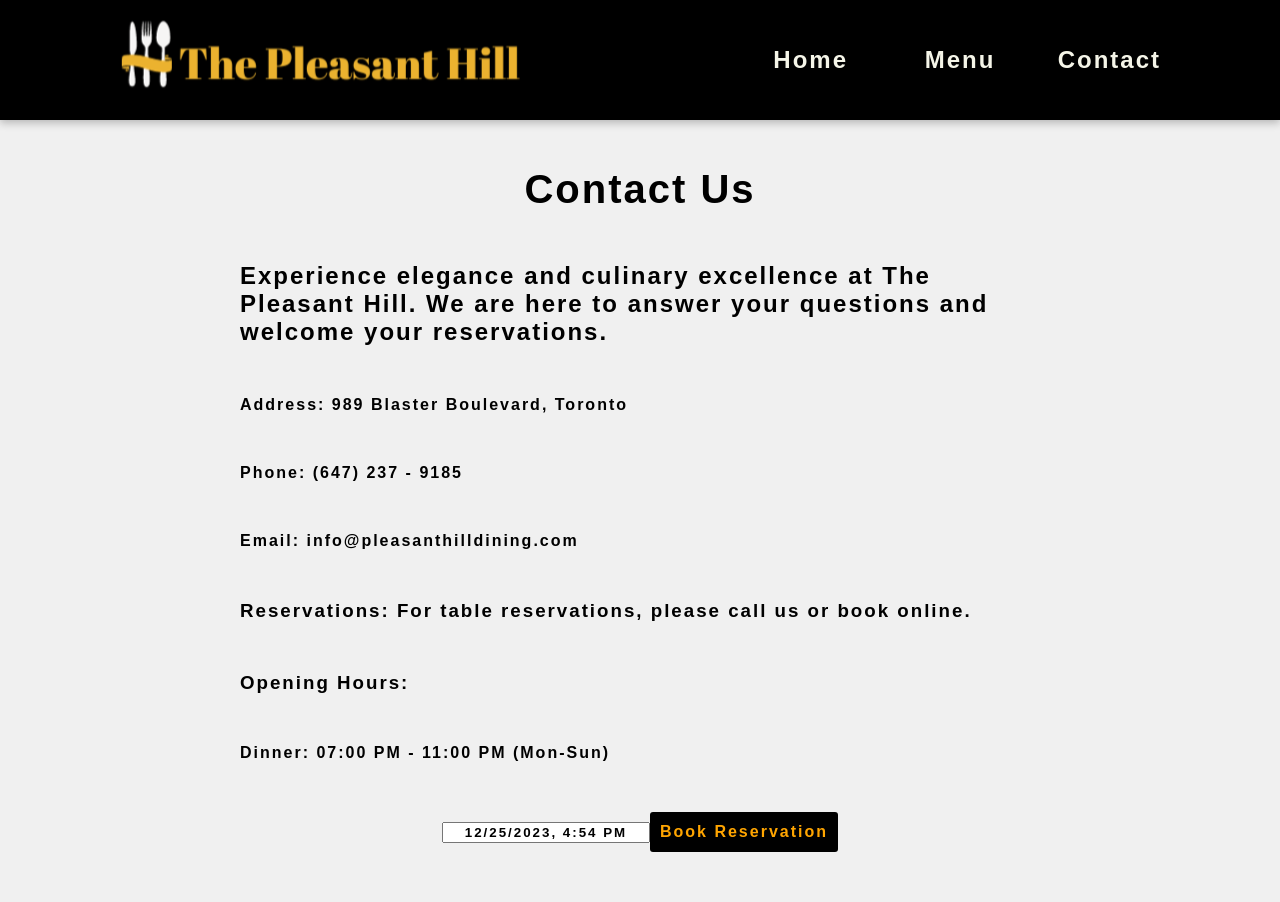
Repository: shayanabedi98/pleasant-hill-restaurant
Page: /, after clicking the first element matching `ul > :nth-child(3)`
The author's editor kept a copy of each file at every save. The page is drawn from the files as they stood at one save, then again after the next save.
The browser window is 1280 px wide. The pictures show the part of the page from y = 0 to 902 px (the page is 1302 px tall).
Pictures or frames that could not be fetched are drawn as grey boxes. Some web fonts or font styles are not loaded; a fallback is used. The project was rebuilt for these pictures with package versions that can differ from the ones it lists, and the page was loaded fresh each time. Also part of the build but not shown: vite.config.js, src/components/MenuList.jsx, src/components/Appetizers.jsx, src/components/Entrees.jsx, src/components/Desserts.jsx, src/components/Drinks.jsx, src/components/Menu.jsx, src/index.css.

Above is the page before, as saved 2024-01-08 16:44:11.

### index.html
<!doctype html>
<html lang="en">
  <head>
    <meta charset="UTF-8" />
    <link rel="icon" type="image/svg+xml" href="/vite.svg" />
    <meta name="viewport" content="width=device-width, initial-scale=1.0" />
    <link rel="preconnect" href="https://fonts.googleapis.com">
    <link rel="preconnect" href="https://fonts.gstatic.com" crossorigin>
    <link href="https://fonts.googleapis.com/css2?family=Italiana&display=swap" rel="stylesheet">
    <title></title>
  </head>
  <body>
    <div id="root"></div>
    <script type="module" src="/src/main.jsx"></script>
  </body>
</html>

### src/App.jsx
import { useState } from "react";
import Contact from "./components/Contact";
import Home from "./components/Home";
import Menu from "./components/Menu";
import Navbar from "./components/Navbar";
import "./App.css";

function App() {
  const [activeDiv, setActiveDiv] = useState({
    home: true,
    menu: false,
    contact: false,
  });

  const renderDiv = (clickedItem) => {
    setActiveDiv({
      home: clickedItem === 'home',
      menu: clickedItem === 'menu',
      contact: clickedItem === 'contact'
    })
  }

  return (
    <>
      <Navbar onClick={renderDiv} />
      {activeDiv.home && <Home />}
      {activeDiv.menu && <Menu />}
      {activeDiv.contact && <Contact />}
    </>
  );
}

export default App;

### src/components/Contact.jsx
import React, { useState } from "react";
import DatePicker from "react-datepicker";
import "react-datepicker/dist/react-datepicker.css";

const Contact = () => {
  const [startDate, setStartDate] = useState(new Date());

  const startOfDay = new Date();
  startOfDay.setHours(19, 0, 0, 0);
  const endOfDay = new Date();
  endOfDay.setHours(23, 0, 0, 0);

  return (
    <div className="contact">
      <h1>Contact Us</h1>
      <h2>Experience elegance and culinary excellence at The Pleasant Hill. We are here to answer your questions and welcome your reservations.</h2>
      <p>Address: 989 Blaster Boulevard, Toronto</p>
      <p>Phone: (647) 237 - 9185</p>
      <p>Email: info@pleasanthilldining.com</p>
      <h3>Reservations: For table reservations, please call us or book online.</h3>
      <h3>Opening Hours:</h3>
      <p>Dinner: 07:00 PM - 11:00 PM (Mon-Sun)</p>
      <DatePicker
        selected={startDate}
        onChange={(date) => setStartDate(date)}
        minDate={startDate}
        minTime={startOfDay}
        maxTime={endOfDay}
        showTimeSelect
        dateFormat="Pp"
      />
      <button>Book Reservation</button>
      <div className="iframe-div">
        <iframe
          className="map"
          src="https://www.google.com/maps/embed?pb=!1m18!1m12!1m3!1d721.6078904512414!2d-79.3904640303319!3d43.65999366841537!2m3!1f0!2f0!3f0!3m2!1i1024!2i768!4f13.1!3m3!1m2!1s0x882b34b7cf806435%3A0x842c90518fb9fea1!2s109%20College%20St%2C%20Toronto%2C%20ON%20M5G%201L6!5e0!3m2!1sen!2sca!4v1703711320331!5m2!1sen!2sca"
          width="800"
          height="400"
          style={{ border: 0 }}
        ></iframe>
      </div>
    </div>
  );
};

export default Contact;

### src/components/Home.jsx
import React from 'react'
import aboutImg from '../assets/about.jpg'
import toronto from '../assets/toronto.jpg'
import '../assets/banner.jpg'

const Home = () => {
  return (
    <div className='home'>
      <div className='banner-content'>
        <h1>Dine in luxury at The Pleasant Hill</h1>
        <div className='banner-buttons'>
          <button>View Menu</button>
          <button>Book Reservation</button>
        </div>
      </div>
      <div className="about">
        <div className='about1'>
          <img src={aboutImg} alt="zoomed in picture of a dining table with utensils" />
          <h2>Indulge in the Epitome of Gastronomic Luxury at The Pleasant Hill, Toronto's premier dining establishment where every dish promises an adventure for the senses. Experience the pinnacle of culinary artistry in the heart of Ontario. Each dish is a masterpiece, composed of the finest locally-sourced ingredients and presented with the elegance worthy of royalty.</h2>
        </div>

        <div className="about2">
          <p>Nestled in the heart of Toronto, Ontario, The Pleasant Hill offers an oasis of culinary refinement in a world bustling with activity. This luxurious haven of gastronomy is not just a restaurant; it is a destination where the art of fine dining is celebrated, and every meal is an exquisite journey. With its opulent ambiance, The Pleasant Hill invites patrons to indulge in a symphony of flavors crafted by world-renowned chefs. Our sommelier-curated wine selection complements the epicurean delights, featuring rare vintages and sought-after labels from the most esteemed vineyards. At The Pleasant Hill, we believe that a meal should be a cherished moment, a time to savor the luxuries that life has to offer. We take pride in creating an unforgettable experience that begins with a warm welcome and lingers long after the last decadent dessert is enjoyed. Come, be our guest and immerse yourself in the pinnacle of Toronto's dining scene.</p>
          <img src={toronto} alt="Toronto skyline" />
        </div>
      </div>
    </div>
  )
}

export default Home

### src/components/Navbar.jsx
import React from "react";
import logo from "../assets/logo2.png";

const Navbar = ({ onClick }) => {
  return (
    <div className="navbar">
      <img src={logo} alt="" />
      <ul>
        <li onClick={() => onClick("home")}>Home</li>
        <li onClick={() => onClick("menu")}>Menu</li>
        <li onClick={() => onClick("contact")}>Contact</li>
      </ul>
    </div>
  );
};

export default Navbar;

### src/App.css
* {
  font-family: 'Italiana', sans-serif;
  font-weight: 600;
  letter-spacing: 2px;
}

body {
  padding: 0px;
  margin: 0px;
}

.navbar {
  background-color: black;
  display: grid;
  grid-template-columns: 1fr 1fr;
  place-items: center;
  align-content: center;
  height: 120px;
  box-shadow: rgba(0, 0, 0, 0.24) 0px 3px 8px;
  z-index: 2;
  position: fixed;
  width: 100%;
  top: 0;
}

.navbar ul li {
  list-style: none;
  font-size: 24px;
  text-align: center;
  color: rgb(245, 245, 232);
  background-color: black;
}

.navbar ul {
  display: grid;
  width: 70%;
  grid-template-columns: 1fr 1fr 1fr;
  padding: 0px;
  margin: 0px;

}

.navbar ul li:hover {
  cursor: pointer;
  background-color: #aa9c66;
}

.banner-content {
  background: url('./assets/banner.jpg');
  background-attachment: fixed;
  height: 980px;
  display: grid;
  place-items: center;
}

.banner-content h1 {
  position: relative;
  top: 200px;
  font-size: 70px;
  color: #ffffff;
}

.banner-buttons {
  position: relative;
  top: -150px;
  display: grid;
  grid-template-columns: 1fr 1fr;
  gap: 50px;
}

.banner-buttons button {
  width: 170px;
  height: 70px;
  font-size: 20px;
  border: none;
  background-color: #aa9c66;
  color: #ffffff;
  cursor: pointer;
  box-shadow: rgba(50, 50, 93, 0.25) 0px 13px 27px -5px, rgba(0, 0, 0, 0.3) 0px 8px 16px -8px;
}

.about {
  box-shadow: rgba(0, 0, 0, 0.1) 0px 4px 6px -1px, rgba(0, 0, 0, 0.06) 0px 2px 4px -1px;
  width: 1220px;
  margin: 70px auto;
  padding: 40px;
  text-align: start;
  background-color: #f0f0f0;
}

.about1, .about2 {
  display: grid;
  grid-template-columns: 1fr 1fr;
  place-items: center;
  width: 1200px;
  margin: 70px auto;
  padding: 25px;
  line-height: 35px;
}

.about img {
  height: 550px;
  width: 550px;
  object-fit: cover;
}

.menu {
  background-color: #f0f0f0;
  width: 1220px;
  padding: 40px;
  margin: 120px auto;
  box-shadow: rgba(0, 0, 0, 0.1) 0px 4px 6px -1px, rgba(0, 0, 0, 0.06) 0px 2px 4px -1px;
}

.card-container {
  display: grid;
  gap: 20px;
  grid-template-columns: repeat(3, 1fr);
  place-items: center;
  color: #aa9c66;
  width: 1200px;
  margin: auto;
}

.menu-imgs {
  width: 300px;
  margin: 30px 30px 30px 30px;
  border-radius: 5%;
}

.menu-desc {
  text-align: center;
  font-weight: 600;
  padding-left: 20px;
  padding-right: 20px
}

.menu-names {
  font-size: 25px;
  text-decoration: underline;
  color: rgb(158, 152, 96);
}

.card {
  width: 370px;
  min-height: 400px;
  cursor: pointer;
  box-shadow: 0 13px 27px -5px hsla(240, 30.1%, 28%, 0.25), 0 8px 16px -8px hsla(0, 0%, 0%, 0.3), 0 -6px 16px -6px hsla(0, 0%, 0%, 0.03);
  transition: all ease 200ms;
  display: grid;
  place-items: center;
  grid-template-rows: 1fr 0.3fr 0.3fr;
  background-color: black;
  border-radius: 1rem;
  overflow: hidden;

}

.card:hover {
  cursor: pointer;
  transform: scale(1.03);
  box-shadow: 0 13px 40px -5px hsla(240, 30.1%, 28%, 0.12), 0 8px 32px -8px hsla(0, 0%, 0%, 0.14), 0 -6px 32px -6px hsla(0, 0%, 0%, 0.02);
}


.menu-desc, .menu-names {
  background-color: black;
}

.menu h2 {
  text-align: center;
  font-size: 35px;
  margin: 60px 0 60px 0;

}

.menu h1 {
  text-align: center;
  font-size: 40px;
}

.menu-top-p {
  text-align: center;
  font-size: 23px;
  width: 1200px;
  margin: 70px auto;
}

.contact {
  background-color: #f0f0f0;
  width: 1200px;
  margin: 100px auto;
  height: 730px;
  padding: 40px;
  text-align: center;
}


.contact h1 {
  text-align: center;
  width: 1200px;
  font-size: 40px;
}

.contact p, .contact h2, .contact h3 {
  text-align: start;
  width: 800px;
  margin: 50px auto;
}


/* Style the calendar container */
.react-datepicker {
  border: none;
  border-radius: 10px;
  box-shadow: 0 4px 8px rgba(0, 0, 0, 0.1);

}

react-datepicker__input-container {
  margin: 0 auto;
}

.contact input {
  width: 200px;
  text-align: center;
  font-family: sans-serif;
}

/* Style the header */
.react-datepicker__header {
  background-color: #4a90e2;
  color: white;
}

/* Style the days of the week */
.react-datepicker__day-name {
  color: #333;
}

/* Style the date cells */
.react-datepicker__day, .react-datepicker__day-name {
  width: 2.5rem;
  line-height: 2.5rem;
  margin: 0.166rem;
  border-radius: 50%;
}

/* Style the selected date */
.react-datepicker__day--selected {
  background-color: #c2ab4f;
  color: white;
}

/* Style the hover effect on dates */
.react-datepicker__day:hover {
  background-color: #aa9c66;
}

.react-datepicker__time-container {
width: 120px;
}

.react-datepicker__time-box {
  width: 120px !important;
}

.contact button {
  height: 40px;
  cursor: pointer;
  border: none;
  background-color: black;
  color: orange;
  font-size: 16px;
  padding: 10px;
  border-radius: 3px;
}

.iframe-div {
  margin: 50px auto;
  display: flex;
  justify-content: center;
  align-items: center;
  height: 400px;
}



@media only screen and (max-width: 1300px) {
  .about {
    width: 100%;
    padding: 0;
  }

  .about1, .about2 {
    grid-template-rows: 1fr 1fr;
    grid-template-columns: none;

  }

  .about1 {
    margin: 0;
    padding-top: 50px;
  }

  .about1 img {
    width: 500px;
    height: 300px;
  }

  .about1 h2 {
    font-size: 20px;
    margin: 50px 40px 40px 40px;
    text-align: center;
  }

  .about2 img {
    order: -1;
    width: 600px;
    height: 400px;
  }

  .about2 p {
    text-align: center;
    font-size: 15px;
  }

  .banner-content {
    width: 100%;
  }

  .home {
    width: 100%;
  }

  .home h1 {
    font-size: 45px;
  }

  .banner-buttons button {
    width: 170px;
  }

}

Loaded but not shown: src/main.jsx (common file)

After the next save:
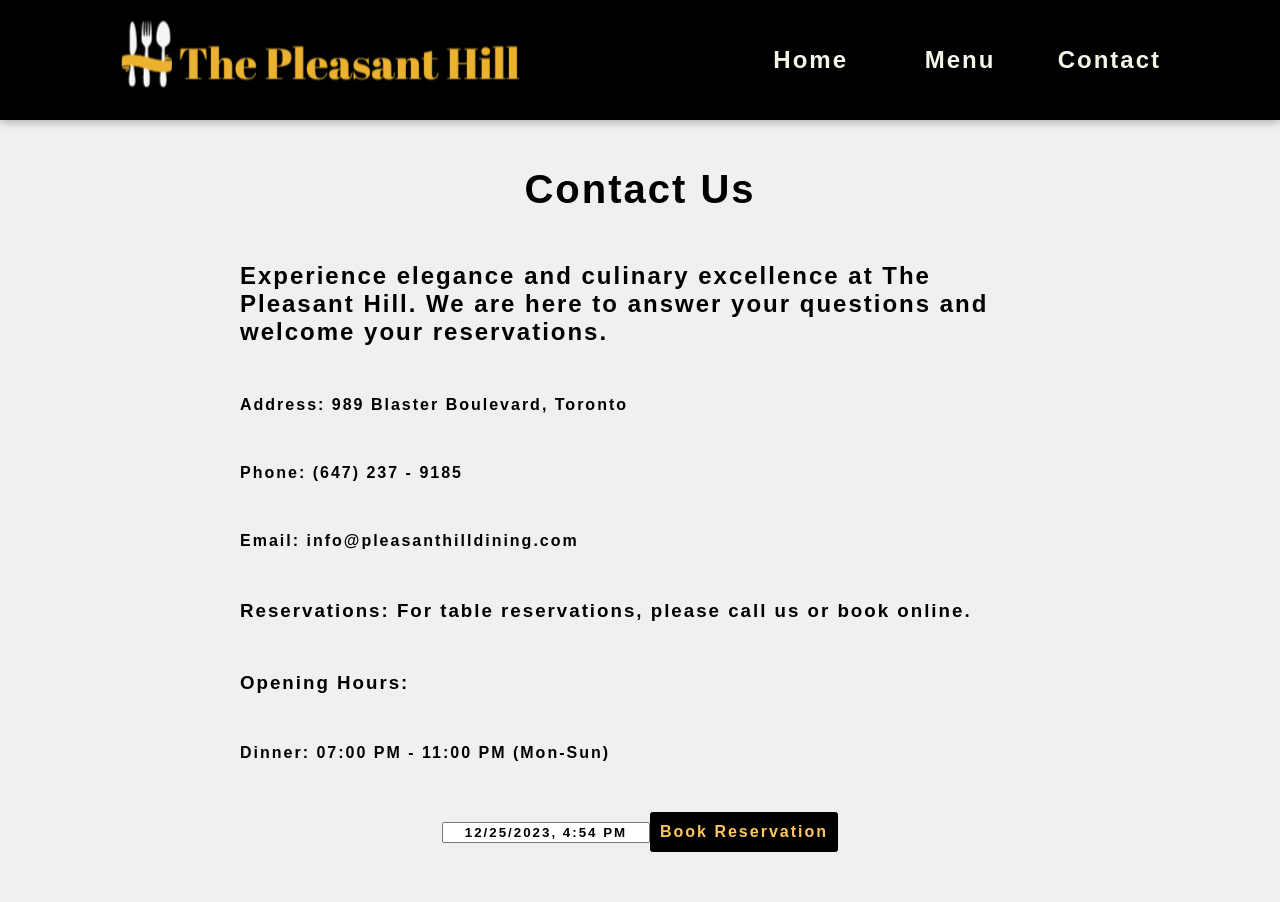
Saved 12 s later.
--- a/src/App.css
+++ b/src/App.css
@@ -270,7 +270,7 @@ width: 120px;
   cursor: pointer;
   border: none;
   background-color: black;
-  color: orange;
+  color: rgb(255, 198, 93);
   font-size: 16px;
   padding: 10px;
   border-radius: 3px;
